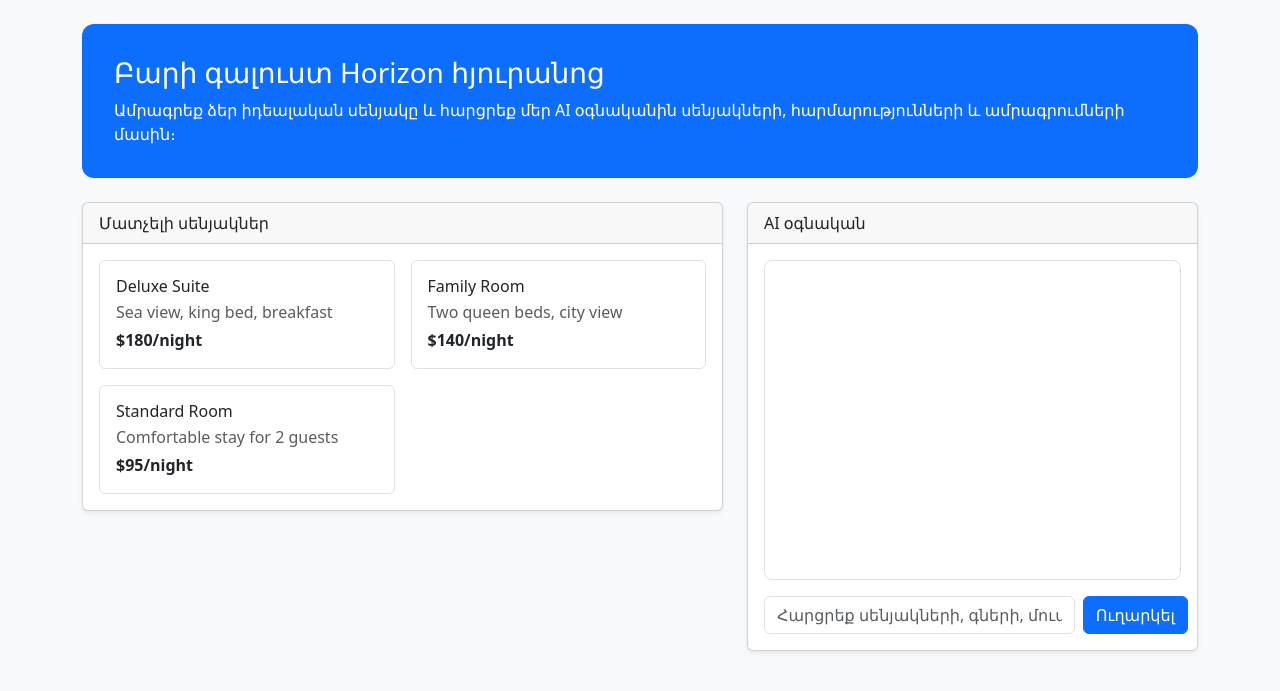
Repository: harut211/chatbot
Page: http://localhost/
These files come from the project's save history. The page is drawn as it stood at one moment and after the next save; the edit follows.
The browser window is 1280 px wide. The pictures show the whole page.
The page is served by the project's application, run on Django 4.2 (manage.py).

Above is the page before, as saved 2026-04-03 15:31:04.

After the next save:
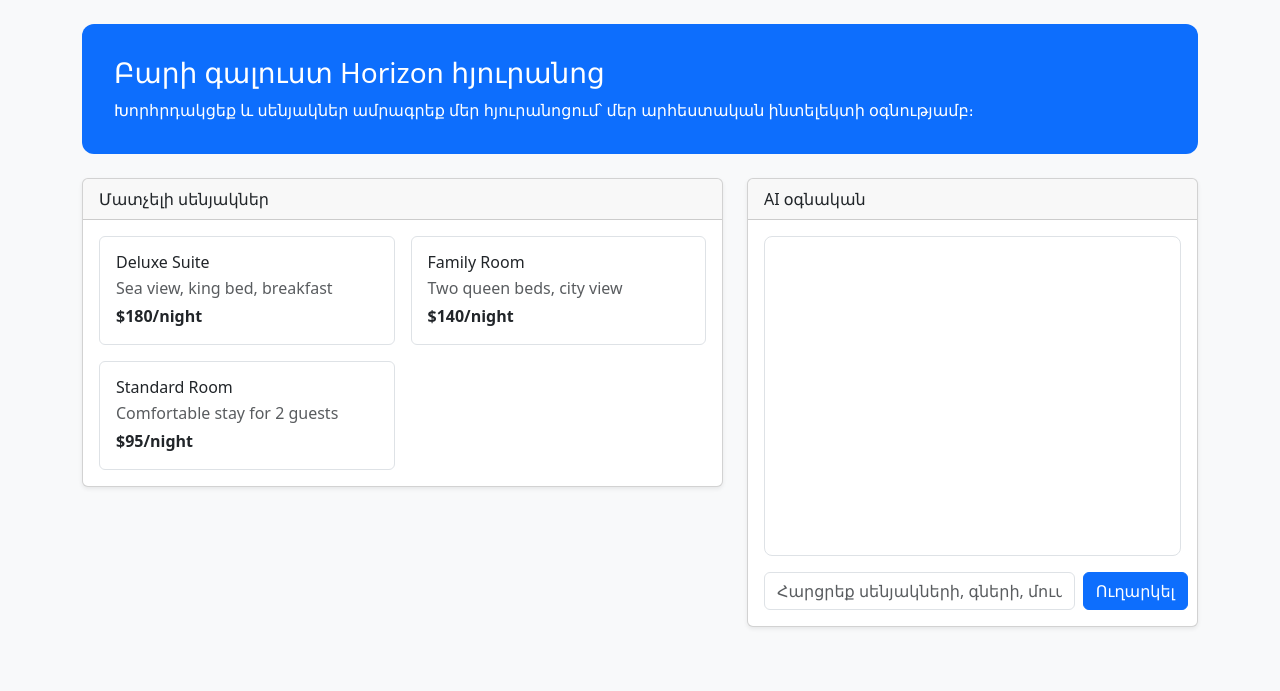
Saved 2 min 39 s later.
--- a/hotel/templates/hotel/index.html
+++ b/hotel/templates/hotel/index.html
@@ -23,7 +23,7 @@
   <div class="container py-4">
     <div class="hero mb-4">
       <h1 class="h3 mb-2">Բարի գալուստ Horizon հյուրանոց</h1>
-      <p class="mb-0">Ամրագրեք ձեր իդեալական սենյակը և հարցրեք մեր AI օգնականին սենյակների, հարմարությունների և ամրագրումների մասին։</p>
+      <p class="mb-0">Խորհրդակցեք և սենյակներ ամրագրեք մեր հյուրանոցում՝ մեր արհեստական ​​ինտելեկտի  օգնությամբ։</p>
     </div>
 
     <div class="row g-4">
